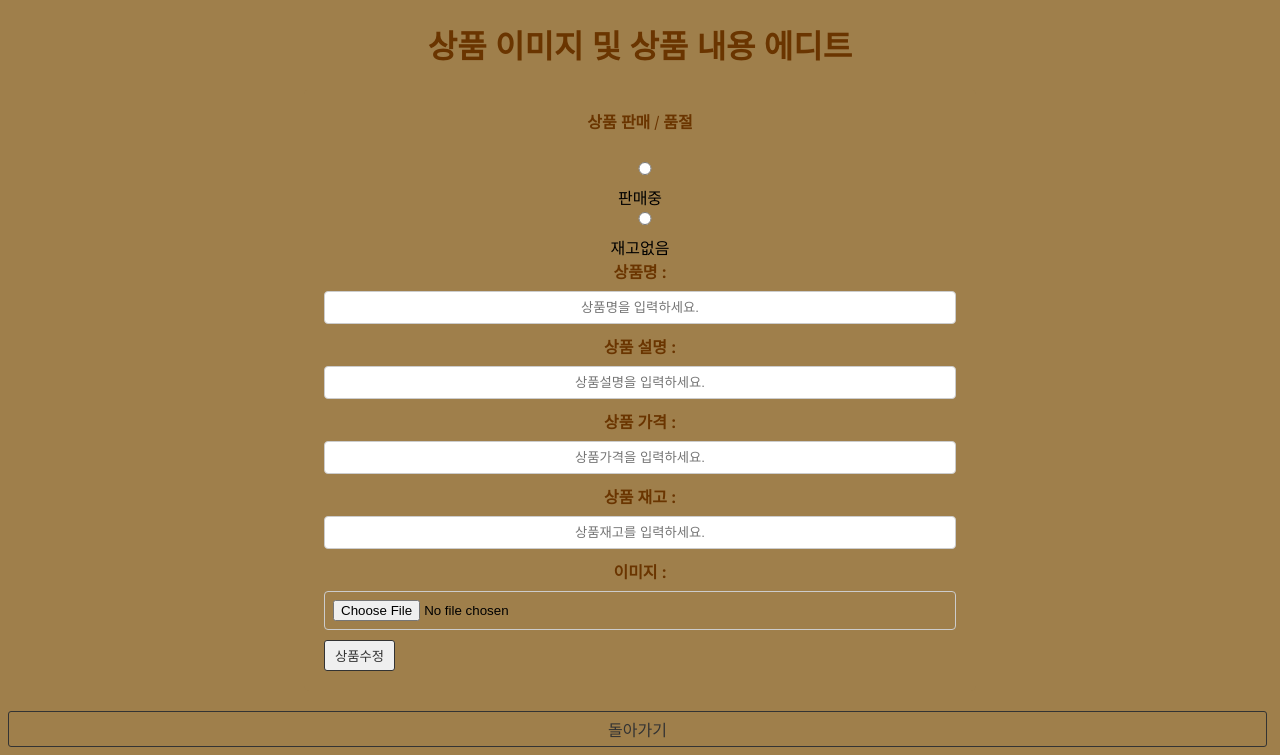
Repository: ks31030/HOME-SHOP
Page: http://localhost/updateProductForm
The author's editor kept a copy of each file at every save. The page is drawn from the files as they stood at one save, then again after the next save.
The browser window is 1280 px wide. The pictures show the whole page.
The page is this project's Thymeleaf template; nobody is signed in. The template is opened directly, without the code that normally fills it, so the values that code supplies are empty.

Above is the page before, as saved 2023-12-15 09:13:31.

After the next save:
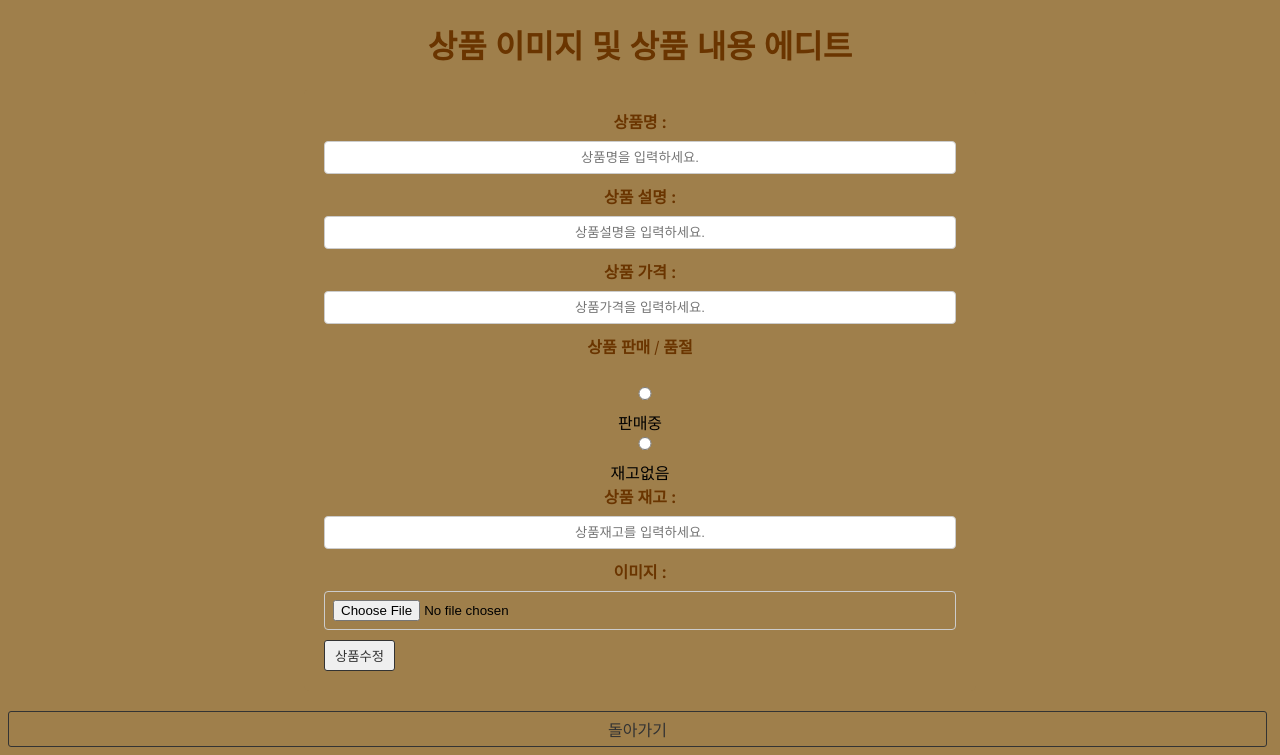
Saved 110 s later.
--- a/Final-JPA-Shop/src/main/resources/templates/updateProductForm.html
+++ b/Final-JPA-Shop/src/main/resources/templates/updateProductForm.html
@@ -8,9 +8,6 @@
 	<body>
 		<h1>상품 이미지 및 상품 내용 에디트</h1>
 		<form th:action="@{/product/new}" method="post" enctype="multipart/form-data">
-			<label>상품 판매 / 품절</label><br>
-			<input type="radio" name="isSoldout" id="isSoldout" value="0">판매중<br>
-			<input type="radio" name="isSoldout" id="isSoldout" value="1">재고없음<br>
 
 			<input type="hidden" name="id" th:value="${product.id}">
 
@@ -23,6 +20,11 @@
 			<label>상품 가격 : </label>
 			<input type="text" id="hidden" name="price" placeholder="상품가격을 입력하세요.">
 			<br>
+			<label>상품 판매 / 품절</label>
+			<br>
+			<input type="radio" name="isSoldout" id="isSoldout" value="0">판매중<br>
+			<input type="radio" name="isSoldout" id="isSoldout" value="1">재고없음<br>
+
 			<label>상품 재고 : </label>
 			<input type="text" id="hidden" name="stock" placeholder="상품재고를 입력하세요.">
 			<br>
